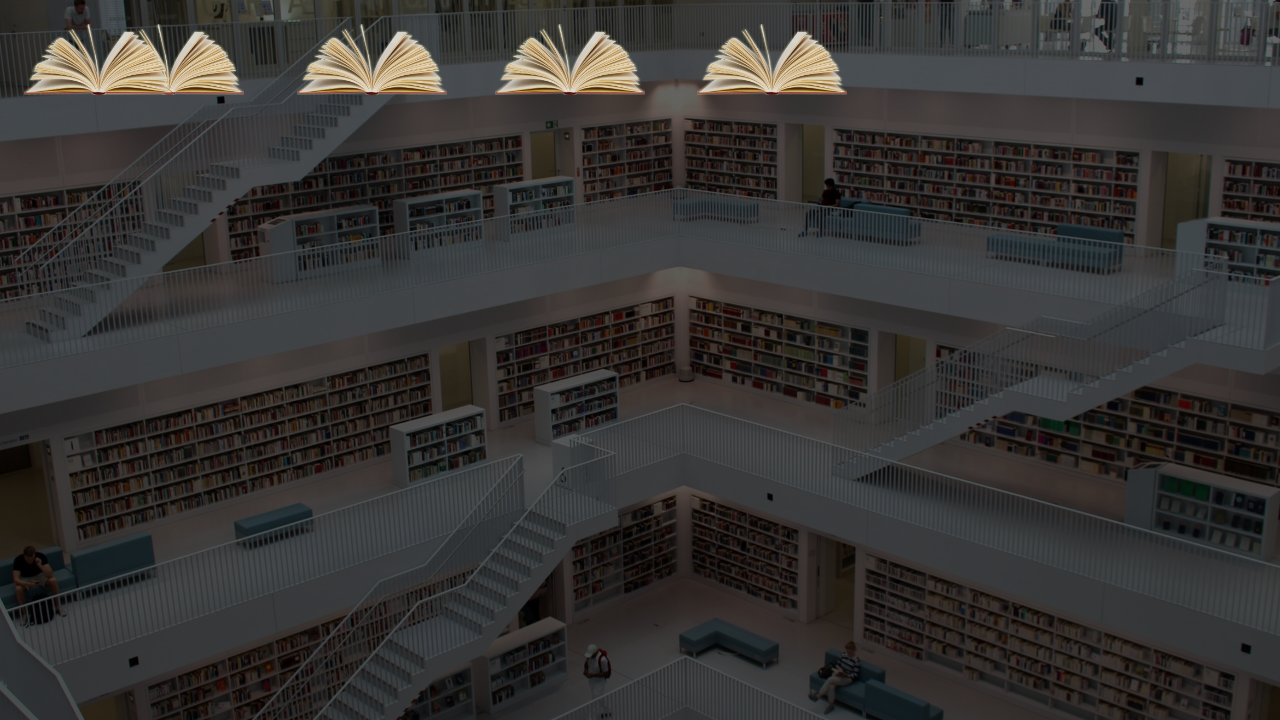
Repository: imedakrouti/BookStore
Page: index.html
These files come from the project's save history. The page is drawn as it stood at one moment and after the next save; the edit follows.
The browser window is 1280 px wide. The pictures show the whole page.
Some web libraries are served in a nearby version.

Above is the page before, as saved 2020-05-05 17:25:45.

### index.html
<!DOCTYPE html>
<html lang="en">
<head>
    <meta charset="UTF-8">
    <!-- meta view-port responsive design -->
    <meta name="viewport" content="width=device-width, initial-scale=1.0">
    <!-- Favicon -->
    <link rel="shortcut icon" href="images/img/title-img.png" type="image/x-icon">
    <!-- Fontawsome -->
    <link rel="stylesheet" href="https://use.fontawesome.com/releases/v5.0.10/css/all.css" integrity="sha384-+d0P83n9kaQMCwj8F4RJB66tzIwOKmrdb46+porD/OvrJ+37WqIM7UoBtwHO6Nlg" crossorigin="anonymous">
    <!-- Css Bootstrap -->
    <link rel="stylesheet" href="pluguin/bootstrap/css/bootstrap.min.css">
    <!-- Css style -->
    <link rel="stylesheet" href="styles/styles.css">
    <title>Books Site</title>
</head>
<body>
    <!-- Header -->
    <header>
        <div class="align-self-start position-absolute">
            <a href=""><img src="images/img/book.png"width="150px" class="img-fluid m-4" alt=""></a>
        </div>

        <!-- Hero -->
        <div class="container">
            <div class="row">
                <div class="hero">

                    <div class="a">
                       <a href=""><img src="images/img/book.png"width="150px" class="img-fluid m-4" alt=""></a>
                       <a href=""><img src="images/img/book.png"width="150px" class="img-fluid m-4" alt=""></a>

                    </div>
                    <div class="a">
                       <a href=""><img src="images/img/book.png"width="150px" class="img-fluid m-4" alt=""></a>
                       <a href=""><img src="images/img/book.png"width="150px" class="img-fluid m-4" alt=""></a>

                    </div>
               </div>
            </div>

        </div>




    <!-- End Hero -->
    </header>
    <!-- End Of Header -->
<!-- Jquery -->
<script src="pluguin/jquery-3.3.1.min.js"></script>
<!-- Popper js -->
<script src="pluguin/popper.js"></script>
<!-- Bootstrap js  -->
<script src="pluguin/bootstrap/js/bootstrap.min.js"></script>
<!-- Own js file -->
<script src="js/script.js"></script>
</body>
</html>

### styles/styles.css
@import url('https://fonts.googleapis.com/css?family=Great+Vibes&display=swap');

*{
    margin: 0;
    padding: 0;
    box-sizing:border-box;
}
body{
    /* font-family: 'Great Vibes', cursive; */
}
a:hover{
    text-decoration: none;
}
header{
    height: 100vh;
    background:linear-gradient(rgba(0,0,0,0.6),rgba(0,0,0,0.7)),url('../images/img/header-bg.jpeg')no-repeat fixed center /cover;
}

.hero{

    display: flex;
    justify-content: center;
    align-items: center;


}

Loaded but not shown: pluguin/bootstrap/css/bootstrap.min.css (library); pluguin/jquery-3.3.1.min.js (library); pluguin/popper.js (library); pluguin/bootstrap/js/bootstrap.min.js (library); js/script.js (no copy from this time; the picture is the same without it)

After the next save:
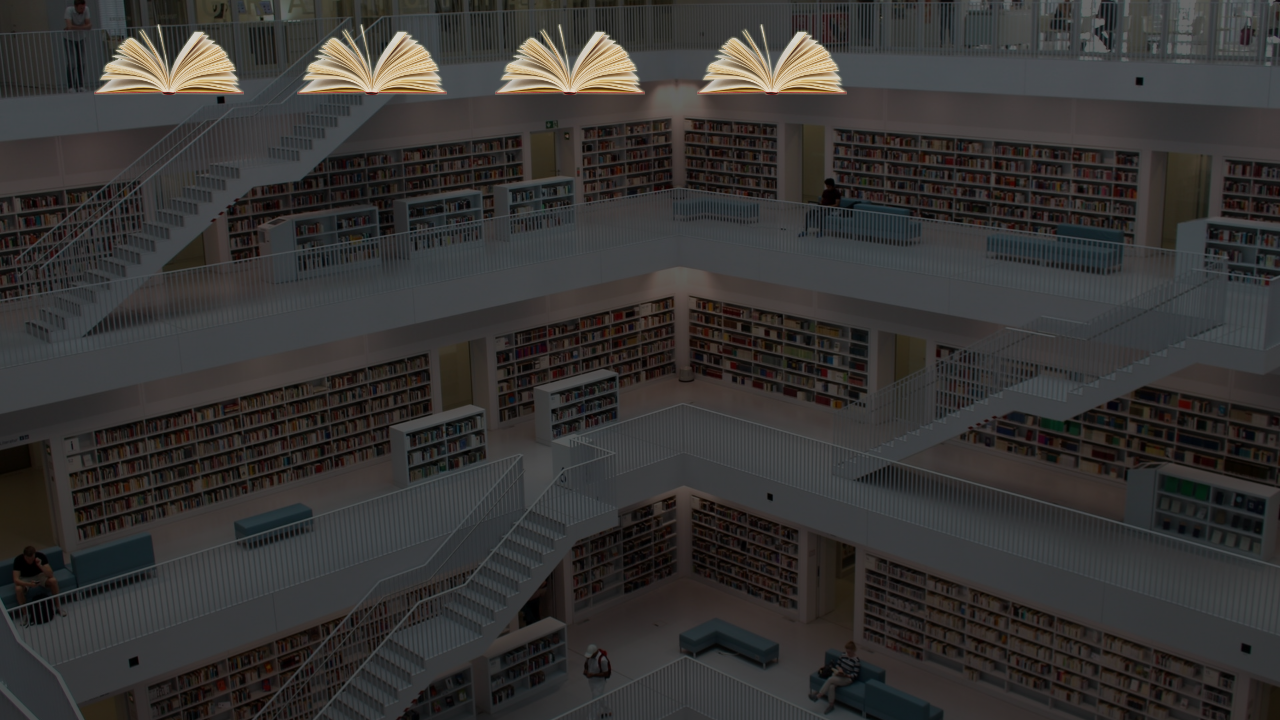
Saved 29 s later.
--- a/index.html
+++ b/index.html
@@ -18,8 +18,8 @@
     <!-- Header -->
     <header>
         <div class="align-self-start position-absolute">
-            <a href=""><img src="images/img/book.png"width="150px" class="img-fluid m-4" alt=""></a>
-        </div>
+<!--             <a href=""><img src="images/img/book.png"width="150px" class="img-fluid m-4" alt=""></a>
+ -->        </div>
 
         <!-- Hero -->
         <div class="container">
